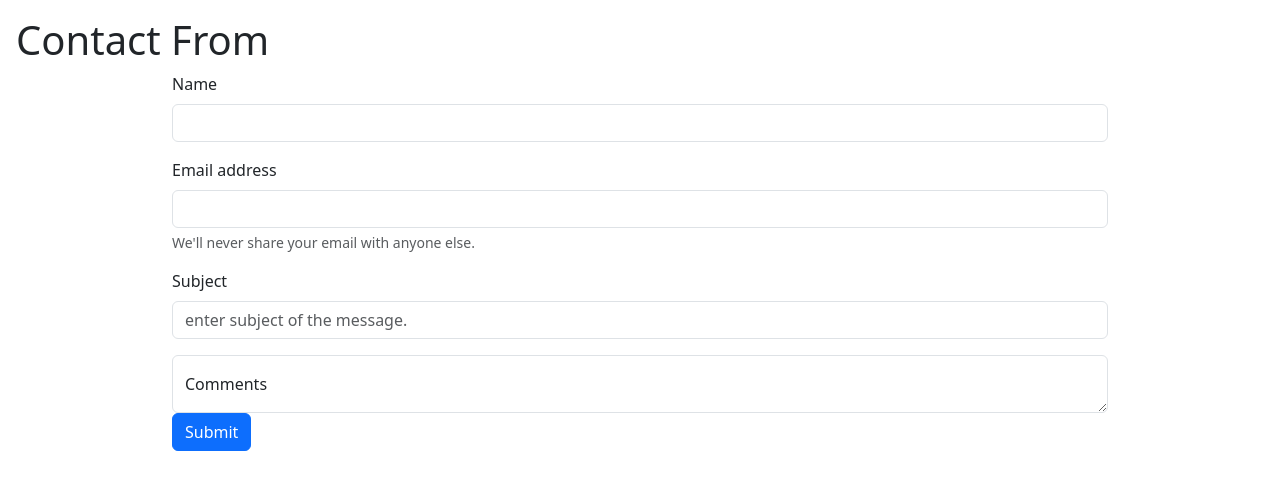
Repository: syni18/bootstrap_form
Page: index.html
These files come from the project's save history. The page is drawn as it stood at one moment and after the next save; the edit follows.
The browser window is 1280 px wide. The pictures show the whole page.

Above is the page before, as saved 2023-10-26 15:36:58.

After the next save:
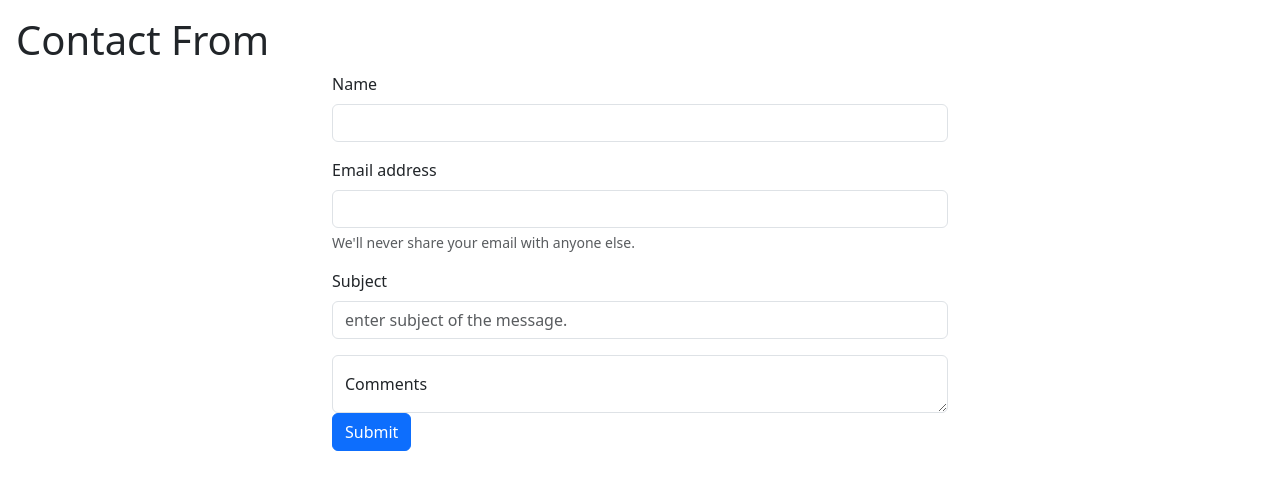
Saved 4 s later.
--- a/index.html
+++ b/index.html
@@ -13,7 +13,7 @@
 </head>
 <body>
     <h1 class="display-6 ms-3 mt-3">Contact From</h1>
-    <form class="container w-75">
+    <form class="container w-50">
   <div class="mb-3">
     <label for="exampleInputName1" class="form-label">Name</label>
     <input type="name" class="form-control" id="exampleInputName1" aria-describedby="NameHelp">
